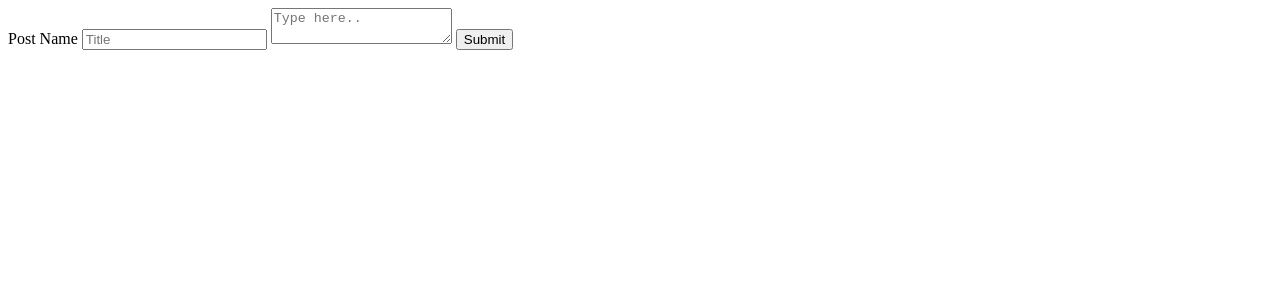
Repository: AnnieFisher/blog
Page: BlogMVC/WebContent/addPost.view.html
The author's editor kept a copy of each file at every save. The page is drawn from the files as they stood at one save, then again after the next save.
The browser window is 1280 px wide. The pictures show the whole page.

Above is the page before, as saved 2016-12-17 20:05:09.

After the next save:
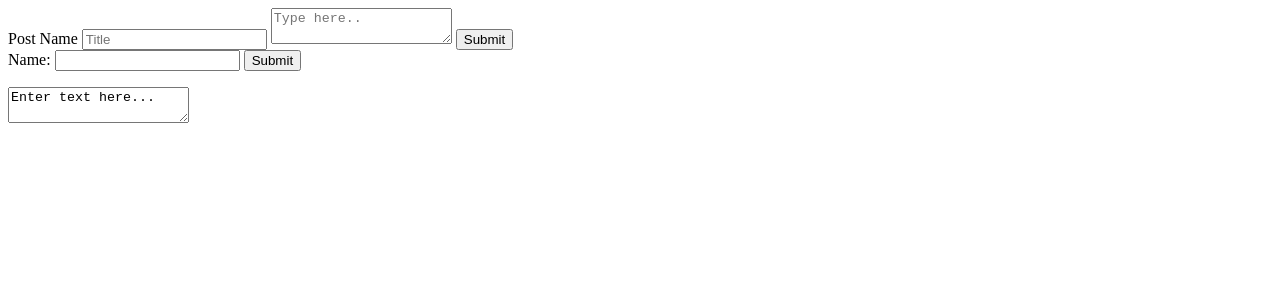
Saved 2 min 36 s later.
--- a/BlogMVC/WebContent/addPost.view.html
+++ b/BlogMVC/WebContent/addPost.view.html
@@ -7,7 +7,12 @@
 
   <button ng-click =createPost(post)>Submit</button>
 
+<form id="blogform">
+  Name: <input type="text" name="postName">
+  <input type="submit">
+</form>
 
+<textarea name="blog" form="blogform">Enter text here...</textarea>
 
 
 </div>
